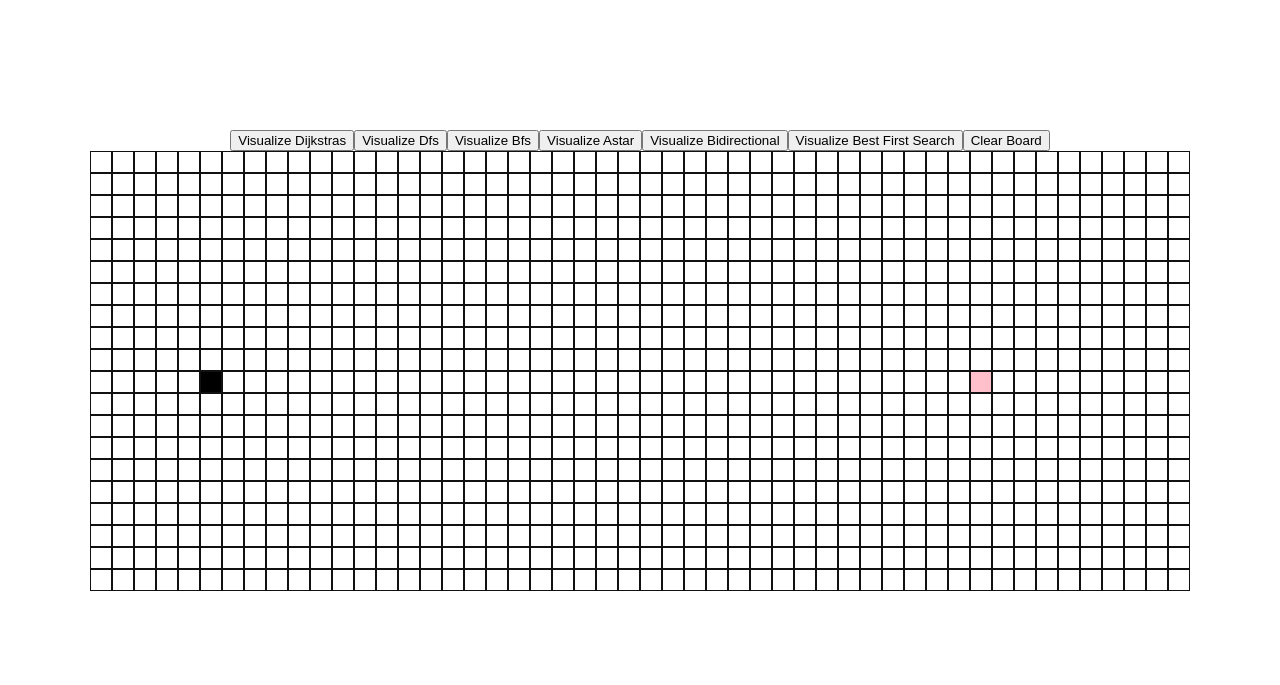
Repository: rehans-Life/Pathfinding-Visualizer
Page: /
The author's editor kept a copy of each file at every save. The page is drawn from the files as they stood at one save, then again after the next save.
The browser window is 1280 px wide. The pictures show the whole page.
The project was rebuilt for these pictures with package versions that can differ from the ones it lists, and the page was loaded fresh each time. The framework's server and built-in components were replaced by stand-ins that run in the browser. Also part of the build but not shown: next.config.js.

Above is the page before, as saved 2023-03-10 17:08:14.

### pages/index.js
import Head from "next/head";
import styles from "../styles/Home.module.css";
import Node from "../components/Node";
import { visualizeDijistras } from "../algorithms/dijkstras";
import { useState } from "react";
import { visualizeDfs } from "../algorithms/dfs";
import { visualizeBfs } from "../algorithms/bfs";
import { visualizeAstar } from "../algorithms/aStar";
import { visualizeBidirectional } from "../algorithms/bidirectional";
import { visualizeBestfs } from "../algorithms/bestFirstSearch";

export const START_ROW = 10;
export const START_COL = 5;
export const END_ROW = 10;
export const END_COL = 40;

function getInitialGrid() {
  let grid = [];
  for (let i = 0; i < 20; i++) {
    let row = [];
    for (let j = 0; j < 50; j++) {
      const node = {
        row: i,
        col: j,
        isStart: i === START_ROW && j === START_COL,
        isEnd: i === END_ROW && j === END_COL,
        distance: Infinity,
        parent: null,
        isVisited: false,
        isInPath: false,
        isWall: false,
        huristic: Infinity,
        totalDistance: Infinity,
      };
      row.push(node);
    }
    grid.push(row);
  }
  return grid;
}

const canBecomeWall = (row, col) => {
  return row != END_ROW || col != END_COL;
};

export default function Home() {
  const [grid, setGrid] = useState(getInitialGrid());
  const [mouseDown, setMouseDown] = useState(false);

  const handleMouseDown = (row, col) => {
    if (!canBecomeWall(row, col)) return;
    setMouseDown(true);
    setCellAsWall(row, col);
  };

  const handleMouseEnter = (row, col) => {
    if (!canBecomeWall(row, col)) return;
    if (mouseDown) {
      setCellAsWall(row, col);
    }
  };

  const handleMouseUp = () => {
    setMouseDown(false);
  };

  const setCellAsWall = (row, col) => {
    let newGrid = grid.slice();
    newGrid[row][col].isWall = !newGrid[row][col].isWall;
    setGrid(newGrid);
  };

  return (
    <div className={styles.container}>
      <Head>
        <title>Pathfinding Visualizer</title>
        <meta name="description" content="Generated by create next app" />
        <link rel="icon" href="/favicon.ico" />
      </Head>
      <div className={styles.buttons}>
        <button onClick={() => visualizeDijistras(grid, setGrid)}>
          Visualize Dijkstras
        </button>
        <button onClick={() => visualizeDfs(grid, setGrid)}>
          Visualize Dfs
        </button>
        <button onClick={() => visualizeBfs(grid, setGrid)}>
          Visualize Bfs
        </button>
        <button onClick={() => visualizeAstar(grid, setGrid)}>
          Visualize Astar
        </button>
        <button onClick={() => visualizeBidirectional(grid, setGrid)}>
          Visualize Bidirectional
        </button>
        <button onClick={() => visualizeBestfs(grid, setGrid)}>
          Visualize Best First Search
        </button>
        <button onClick={() => setGrid(getInitialGrid())}>Clear Board</button>
      </div>
      {grid.map((row, index) => (
        <div key={index} className={styles.row}>
          {row.map((node, index) => (
            <Node
              key={index}
              row={node.row}
              col={node.col}
              isStart={node.isStart}
              isEnd={node.isEnd}
              distance={node.distance}
              isVisited={node.isVisited}
              isInPath={node.isInPath}
              isWall={node.isWall}
              handleMouseDown={handleMouseDown}
              handleMouseUp={handleMouseUp}
              handleMouseEnter={handleMouseEnter}
            ></Node>
          ))}
        </div>
      ))}
    </div>
  );
}

### styles/Home.module.css
.container {
  display: flex;
  flex-direction: column;
  justify-content: center;
  align-items: center;
  width: 100vw;
  height: 100vh;
}
.node {
  padding: 10px;
  border: 1px solid #111;
  width: 10px;
}

.row {
  display: flex;
}
.button {
  display: flex;
  align-items: center;
}

.startNode {
  padding: 10px;
  border: 1px solid #111;
  width: 10px;
  background-color: black;
}
.visited {
  background-color: lightslategray;
  padding: 10px;
  border: 1px solid #111;
  width: 10px;
}

.wall {
  background-color: darkslateblue;
  padding: 10px;
  border: 1px solid #111;
  width: 10px;
}

.inPath {
  background-color: royalblue;
  padding: 10px;
  border: 1px solid #111;
  width: 10px;
}

.endNode {
  padding: 10px;
  border: 1px solid #111;
  width: 10px;
  background-color: pink;
}

### components/Node.js
import React from "react";
import styles from "../styles/Home.module.css";

export default function Node({
  row,
  col,
  isStart,
  isEnd,
  isWall,
  isInPath,
  isVisited,
  handleMouseDown,
  handleMouseUp,
  handleMouseEnter,
}) {
  return (
    <div
      onMouseDown={() => handleMouseDown(row, col)}
      onMouseUp={handleMouseUp}
      onMouseEnter={() => handleMouseEnter(row, col)}
      className={
        isStart
          ? styles.startNode
          : isEnd
          ? styles.endNode
          : isWall
          ? styles.wall
          : isInPath
          ? styles.inPath
          : isVisited
          ? styles.visited
          : styles.node
      }
    >
      {" "}
    </div>
  );
}

### algorithms/dijkstras.js
import { END_COL, END_ROW, START_COL, START_ROW } from "../pages";

class PriorityQueue {
  constructor() {
    this.heap = [];
  }

  isEmpty() {
    return this.heap.length == 0;
  }

  insert(node) {
    this.heap.push(node);
    let i = this.heap.length - 1;
    this.siftup(i);
  }

  delete() {
    let temp = this.heap[0];
    this.heap[0] = this.heap[this.heap.length - 1];
    this.heap.pop();
    this.shiftdown(0);
    return temp;
  }

  siftup(i) {
    let parent = Math.floor((i - 1) / 2);
    while (parent >= 0 && this.heap[parent].distance > this.heap[i].distance) {
      let temp = this.heap[parent];
      this.heap[parent] = this.heap[i];
      this.heap[i] = temp;
      i = parent;
      parent = Math.floor((i - 1) / 2);
    }
  }
  shiftdown(i) {
    let leftChild = i * 2 + 1;
    let rightChild = i * 2 + 2;
    let n = this.heap.length;

    while (
      (leftChild < n &&
        this.heap[leftChild].distance < this.heap[i].distance) ||
      (rightChild < n && this.heap[rightChild].distance < this.heap[i].distance)
    ) {
      let smaller =
        rightChild >= n ||
        this.heap[leftChild].distance <= this.heap[rightChild].distance
          ? leftChild
          : rightChild;

      let temp = this.heap[i];
      this.heap[i] = this.heap[smaller];
      this.heap[smaller] = temp;

      i = smaller;
      leftChild = i * 2 + 1;
      rightChild = i * 2 + 2;
    }
  }
}

function isValid(row, col) {
  return row < 20 && row >= 0 && col < 50 && col >= 0;
}

export function dijkstras(grid, src, target) {
  let priorityQueue = new PriorityQueue();
  let delRow = [-1, +1, 0, 0];
  let delCol = [0, 0, -1, +1];

  let visitedNodes = [];

  priorityQueue.insert(src);
  src.distance = 0;
  visitedNodes.push(src);

  while (!priorityQueue.isEmpty()) {
    let node = priorityQueue.delete();

    for (let i = 0; i < 4; i++) {
      let adjRow = node.row + delRow[i];
      let adjCol = node.col + delCol[i];
      let newDistance = node.distance + 1;

      if (isValid(adjRow, adjCol)) {
        let adjNode = grid[adjRow][adjCol];
        if (!adjNode.isWall && newDistance < adjNode.distance) {
          adjNode.distance = newDistance;
          adjNode.parent = node;
          if (adjNode.row === target.row && adjNode.col === target.col) {
            return visitedNodes;
          }
          visitedNodes.push(adjNode);
          priorityQueue.insert(adjNode);
        }
      }
    }
  }
  return visitedNodes;
}

const animteDijkstras = (visitedNodes, path, grid, setGrid) => {
  for (let i = 0; i < visitedNodes?.length; i++) {
    if (i === visitedNodes.length - 1) {
      setTimeout(() => {
        animatePath(path, grid, setGrid);
      }, 10 * i);
    }
    setTimeout(() => {
      let newGrid = grid.slice();

      let node = visitedNodes[i];
      let newNode = {
        ...node,
        isVisited: true,
      };

      newGrid[node.row][node.col] = newNode;
      setGrid(newGrid);
    }, 10 * i);
  }
};

const animatePath = (path, grid, setGrid) => {
  for (let i = 0; i < path?.length; i++) {
    setTimeout(() => {
      let newGrid = grid.slice();

      let node = path[i];
      let newNode = {
        ...node,
        isInPath: true,
      };

      newGrid[node.row][node.col] = newNode;
      setGrid(newGrid);
    }, 50 * i);
  }
};

export const visualizeDijistras = (grid, setGrid) => {
  let startNode = grid[START_ROW][START_COL];
  let endNode = grid[END_ROW][END_COL];
  let visitedNodes = dijkstras(grid, startNode, endNode);
  let node = grid[END_ROW][END_COL];
  let path = [];
  while (node) {
    path.push(node);
    node = node.parent;
  }
  path.reverse();
  animteDijkstras(visitedNodes, path, grid, setGrid);
};

### algorithms/dfs.js
import { END_COL, END_ROW, START_COL, START_ROW } from "../pages";

export function visualizeDfs(grid, setGrid) {
  let startNode = grid[START_ROW][START_COL];
  let endNode = grid[END_ROW][END_COL];
  let visitedNodes = dfs(grid, startNode, endNode);
  let path = [];
  let node = endNode;
  while (node) {
    path.push(node);
    node = node.parent;
  }
  path.reverse();
  animateDfs(visitedNodes, path, grid, setGrid);
}

function animateDfs(visitedNodes, path, grid, setGrid) {
  for (let i = 0; i < visitedNodes.length; i++) {
    setTimeout(() => {
      if (i === visitedNodes.length - 1) {
        animatePath(path, grid, setGrid);
      }
      let newGrid = grid.slice();

      let node = visitedNodes[i];
      let newNode = {
        ...node,
        isVisited: true,
      };

      newGrid[node.row][node.col] = newNode;
      setGrid(newGrid);
    }, 10 * i);
  }
}

function animatePath(path, grid, setGrid) {
  for (let i = 0; i < path.length; i++) {
    setTimeout(() => {
      let newGrid = grid.slice();

      let node = path[i];
      let newNode = {
        ...node,
        isInPath: true,
      };

      newGrid[node.row][node.col] = newNode;
      setGrid(newGrid);
    }, 10 * i);
  }
}

function isValid(row, col) {
  return row < 20 && row >= 0 && col < 50 && col >= 0;
}

function dfs(grid, src, target) {
  let visitedNodes = [];
  let delRow = [-1, 0, 0, +1];
  let delCol = [0, +1, -1, 0];

  function helper(node, parent) {
    node.distance = 1;
    node.parent = parent;
    visitedNodes.push(node);

    if (node.row === target.row && node.col === target.col) {
      return true;
    }

    for (let i = 0; i < 4; i++) {
      let adjRow = node.row + delRow[i];
      let adjCol = node.col + delCol[i];

      if (isValid(adjRow, adjCol)) {
        let adjNode = grid[adjRow][adjCol];
        if (!adjNode.isWall && adjNode.distance === Infinity) {
          if (helper(adjNode, node)) {
            return true;
          }
        }
      }
    }
  }

  helper(src, null);
  return visitedNodes;
}

### algorithms/bfs.js
import { END_COL, END_ROW, START_COL, START_ROW } from "../pages";

function isValid(row, col) {
  return row < 20 && row >= 0 && col < 50 && col >= 0;
}

export function bfs(grid, src, target) {
  let queue = [];
  let delRow = [-1, +1, 0, 0];
  let delCol = [0, 0, -1, +1];

  let visitedNodes = [];

  queue.push(src);
  src.distance = 0;
  visitedNodes.push(src);

  while (queue.length) {
    let node = queue.shift();

    for (let i = 0; i < 4; i++) {
      let adjRow = node.row + delRow[i];
      let adjCol = node.col + delCol[i];
      let newDistance = node.distance + 1;

      if (isValid(adjRow, adjCol)) {
        let adjNode = grid[adjRow][adjCol];
        if (!adjNode.isWall && newDistance < adjNode.distance) {
          adjNode.distance = newDistance;
          adjNode.parent = node;
          if (adjNode.row === target.row && adjNode.col === target.col) {
            return visitedNodes;
          }
          visitedNodes.push(adjNode);
          queue.push(adjNode);
        }
      }
    }
  }
  return visitedNodes;
}

const animateBfs = (visitedNodes, path, grid, setGrid) => {
  for (let i = 0; i < visitedNodes?.length; i++) {
    if (i === visitedNodes.length - 1) {
      setTimeout(() => {
        animatePath(path, grid, setGrid);
      }, 10 * i);
    }
    setTimeout(() => {
      let newGrid = grid.slice();

      let node = visitedNodes[i];
      let newNode = {
        ...node,
        isVisited: true,
      };

      newGrid[node.row][node.col] = newNode;
      setGrid(newGrid);
    }, 10 * i);
  }
};

const animatePath = (path, grid, setGrid) => {
  for (let i = 0; i < path?.length; i++) {
    setTimeout(() => {
      let newGrid = grid.slice();

      let node = path[i];
      let newNode = {
        ...node,
        isInPath: true,
      };

      newGrid[node.row][node.col] = newNode;
      setGrid(newGrid);
    }, 50 * i);
  }
};

export const visualizeBfs = (grid, setGrid) => {
  let startNode = grid[START_ROW][START_COL];
  let endNode = grid[END_ROW][END_COL];
  let visitedNodes = bfs(grid, startNode, endNode);
  let node = grid[END_ROW][END_COL];
  let path = [];
  while (node) {
    path.push(node);
    node = node.parent;
  }
  path.reverse();
  animateBfs(visitedNodes, path, grid, setGrid);
};

### algorithms/aStar.js
import { END_COL, END_ROW, START_COL, START_ROW } from "../pages";

function isValid(row, col) {
  return row < 20 && row >= 0 && col < 50 && col >= 0;
}

class PriorityQueue {
  constructor() {
    this.heap = [];
  }

  isEmpty() {
    return this.heap.length == 0;
  }

  insert(node) {
    this.heap.push(node);
    let i = this.heap.length - 1;
    this.siftup(i);
  }

  delete() {
    let temp = this.heap[0];
    this.heap[0] = this.heap[this.heap.length - 1];
    this.heap.pop();
    this.shiftdown(0);
    return temp;
  }

  siftup(i) {
    let parent = Math.floor((i - 1) / 2);
    while (
      parent >= 0 &&
      this.heap[parent].totalDistance > this.heap[i].totalDistance
    ) {
      let temp = this.heap[parent];
      this.heap[parent] = this.heap[i];
      this.heap[i] = temp;
      i = parent;
      parent = Math.floor((i - 1) / 2);
    }
  }
  shiftdown(i) {
    let leftChild = i * 2 + 1;
    let rightChild = i * 2 + 2;
    let n = this.heap.length;

    while (
      (leftChild < n &&
        this.heap[leftChild].totalDistance < this.heap[i].totalDistance) ||
      (rightChild < n &&
        this.heap[rightChild].totalDistance < this.heap[i].totalDistance)
    ) {
      let smaller =
        rightChild >= n ||
        this.heap[leftChild].totalDistance <=
          this.heap[rightChild].totalDistance
          ? leftChild
          : rightChild;

      let temp = this.heap[i];
      this.heap[i] = this.heap[smaller];
      this.heap[smaller] = temp;

      i = smaller;
      leftChild = i * 2 + 1;
      rightChild = i * 2 + 2;
    }
  }
}

function aStar(grid, src, target) {
  let priorityQueue = new PriorityQueue();
  let delRow = [-1, 0, 0, +1];
  let delCol = [0, +1, -1, 0];

  let visitedNodes = [];

  priorityQueue.insert(src);
  src.distance = 0;
  src.huristic =
    Math.pow(src.row - target.row, 2) + Math.pow(src.col - target.col, 2);
  src.totalDistance = src.distance + src.huristic;
  // visitedNodes.push(src);

  while (!priorityQueue.isEmpty()) {
    let node = priorityQueue.delete();
    visitedNodes.push(node);

    for (let i = 0; i < 4; i++) {
      let adjRow = node.row + delRow[i];
      let adjCol = node.col + delCol[i];

      if (isValid(adjRow, adjCol)) {
        let adjNode = grid[adjRow][adjCol];
        let newDistance = node.distance + 1;

        if (!adjNode.isWall && newDistance < adjNode.distance) {
          if (node.row === target.row && node.col === target.col) {
            return visitedNodes;
          }
          adjNode.distance = newDistance;
          adjNode.huristic =
            (target.row - adjNode.row) ** 2 + (target.col - adjNode.col) ** 2;

          adjNode.totalDistance = adjNode.distance + adjNode.huristic;
          adjNode.parent = node;
          priorityQueue.insert(adjNode);
        }
      }
    }
  }
}

const animateAstar = (visitedNodes, path, grid, setGrid) => {
  for (let i = 0; i < visitedNodes?.length; i++) {
    if (i === visitedNodes.length - 1) {
      setTimeout(() => {
        animatePath(path, grid, setGrid);
      }, 10 * i);
    }
    setTimeout(() => {
      let newGrid = grid.slice();

      let node = visitedNodes[i];
      let newNode = {
        ...node,
        isVisited: true,
      };

      newGrid[node.row][node.col] = newNode;
      setGrid(newGrid);
    }, 100 * i);
  }
};

const animatePath = (path, grid, setGrid) => {
  for (let i = 0; i < path?.length; i++) {
    setTimeout(() => {
      let newGrid = grid.slice();

      let node = path[i];
      let newNode = {
        ...node,
        isInPath: true,
      };

      newGrid[node.row][node.col] = newNode;
      setGrid(newGrid);
    }, 500 * i);
  }
};

export const visualizeAstar = (grid, setGrid) => {
  let startNode = grid[START_ROW][START_COL];
  let endNode = grid[END_ROW][END_COL];
  let visitedNodes = aStar(grid, startNode, endNode);
  console.log(visitedNodes);
  let node = grid[END_ROW][END_COL];
  let path = [];
  while (node) {
    path.push(node);
    node = node.parent;
  }
  path.reverse();
  animateAstar(visitedNodes, path, grid, setGrid);
};

### algorithms/bidirectional.js
import { END_COL, END_ROW, START_COL, START_ROW } from "../pages";

function isValid(row, col) {
  return row < 20 && row >= 0 && col < 50 && col >= 0;
}

function bidirectional(grid, src, target) {
  let forwardQueue = [];
  let backwardQueue = [];

  let forwardVisitedNodes = [];
  let backwardVisitedNodes = [];

  src.distance = 0;
  forwardQueue.push(src);
  forwardVisitedNodes.push(src);

  target.distance = 0;
  backwardQueue.push(target);
  backwardVisitedNodes.push(target);

  while (forwardQueue.length && backwardQueue.length) {
    bfs(grid, forwardQueue, forwardVisitedNodes, backwardVisitedNodes);

    let backwardIntersectingNodes = bfs(
      grid,
      backwardQueue,
      backwardVisitedNodes,
      forwardVisitedNodes
    );
    if (backwardIntersectingNodes) {
      return [
        answer(forwardVisitedNodes, backwardVisitedNodes),
        genertatePath(backwardIntersectingNodes),
      ];
    }
  }
  return [answer(forwardVisitedNodes, backwardVisitedNodes), []];
}

function answer(forwardVisitedNodes, backwardVisitedNodes) {
  let visitedNodes = [];
  let n = forwardVisitedNodes.length;
  let m = backwardVisitedNodes.length;

  let greater = n > m ? n : m;

  for (let i = 0; i < greater; i++) {
    if (i < n) visitedNodes.push(forwardVisitedNodes[i]);
    if (i < m) visitedNodes.push(backwardVisitedNodes[i]);
  }
  return visitedNodes;
}

function genertatePath(intersectingingNodes) {
  let forwardPath = [];
  let forwardNode = intersectingingNodes[0];
  while (forwardNode) {
    forwardPath.push(forwardNode);
    forwardNode = forwardNode.parent;
  }
  forwardPath.reverse();
  let backwardPath = [];
  let backwardNode = intersectingingNodes[1];
  while (backwardNode) {
    backwardPath.push(backwardNode);
    backwardNode = backwardNode.parent;
  }
  let path = [...forwardPath, ...backwardPath];
  return path;
}

function bfs(grid, queue, directionVisitedNodes, visitedNodes) {
  let node = queue.shift();
  let delRow = [-1, +1, 0, 0];
  let delCol = [0, 0, -1, +1];

  for (let i = 0; i < 4; i++) {
    let adjRow = node.row + delRow[i];
    let adjCol = node.col + delCol[i];
    let newDistance = node.distance + 1;

    if (isValid(adjRow, adjCol)) {
      let adjNode = grid[adjRow][adjCol];

      if (visitedNodes.includes(adjNode)) {
        return [adjNode, node];
      }

      if (!adjNode.isWall && newDistance < adjNode.distance) {
        adjNode.distance = newDistance;
        adjNode.parent = node;
        directionVisitedNodes.push(adjNode);
        queue.push(adjNode);
      }
    }
  }
}

const animateBidirectional = (visitedNodes, path, grid, setGrid) => {
  for (let i = 0; i < visitedNodes?.length; i++) {
    if (i === visitedNodes.length - 1) {
      setTimeout(() => {
        animatePath(path, grid, setGrid);
      }, 10 * i);
    }
    setTimeout(() => {
      let newGrid = grid.slice();

      let node = visitedNodes[i];
      let newNode = {
        ...node,
        isVisited: true,
      };

      newGrid[node.row][node.col] = newNode;
      setGrid(newGrid);
    }, 10 * i);
  }
};

const animatePath = (path, grid, setGrid) => {
  for (let i = 0; i < path?.length; i++) {
    setTimeout(() => {
      let newGrid = grid.slice();

      let node = path[i];
      let newNode = {
        ...node,
        isInPath: true,
      };

      newGrid[node.row][node.col] = newNode;
      setGrid(newGrid);
    }, 50 * i);
  }
};

export const visualizeBidirectional = (grid, setGrid) => {
  let startNode = grid[START_ROW][START_COL];
  let endNode = grid[END_ROW][END_COL];
  let [visitedNodes, path] = bidirectional(grid, startNode, endNode);
  animateBidirectional(visitedNodes, path, grid, setGrid);
};

Loaded but not shown: pages/_app.js (common file); styles/globals.css (common file); algorithms/bestFirstSearch.js (181 lines, source omitted)

After the next save:
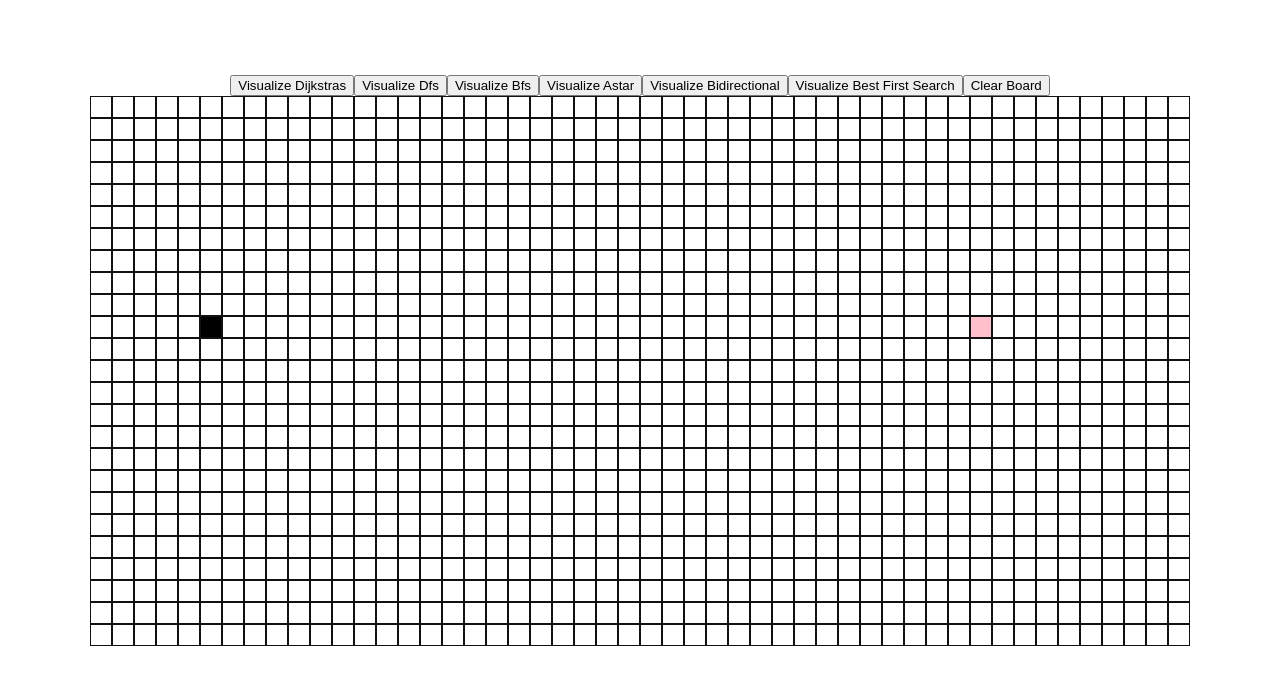
Saved 28 s later.
--- a/pages/index.js
+++ b/pages/index.js
@@ -16,7 +16,7 @@ export const END_COL = 40;
 
 function getInitialGrid() {
   let grid = [];
-  for (let i = 0; i < 20; i++) {
+  for (let i = 0; i < 25; i++) {
     let row = [];
     for (let j = 0; j < 50; j++) {
       const node = {
